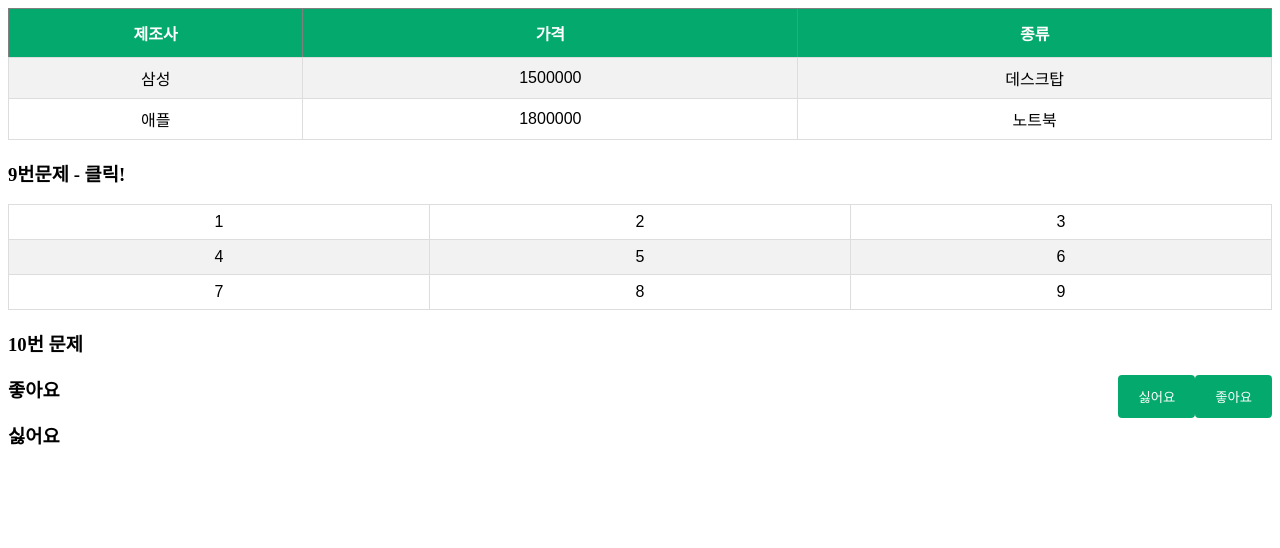
Repository: buildadoor/eclipse
Page: http://localhost/jspexp/z01_homework/a02_221115.jsp
The author's editor kept a copy of each file at every save. The page is drawn from the files as they stood at one save, then again after the next save.
The browser window is 1280 px wide. The pictures show the whole page.
The page is served by Tomcat 9. Other server files are loaded and not shown.

Above is the page before, as saved 2022-11-15 07:33:02.

### jspexp/src/main/webapp/z01_homework/a02_221115.jsp
<%@ page language="java" contentType="text/html; charset=UTF-8"
    pageEncoding="UTF-8"
    import="jspexp.vo.*"
    import="java.util.*"
    import="jspexp.a13_database.*"
    %>
<!DOCTYPE html>
<html>
<head>
<meta charset="UTF-8">
<title>Insert title here</title>
<link href="/a00_com/a01_common.css" rel="stylesheet">
<script type="text/javascript">
/*
 2022-11-14
[1단계:개념] 1. jsp를 이용하여 객체형 배열을 처리할려고 한다. 처리하는 순서를 기술하세요.
- 구조 만들기/ import 처리
- 리스트로 데이터 넣기
- 반복문 처리하기
[1단계:확인] 2. Computer 클래스에 제조사, 가격, 종류 속성을 선언하고, jsp 화면에 테이블로 리스트를 출력하세요.
*/
<%
List<Computer> clist = new ArrayList<Computer>();
clist.add(new Computer("삼성",1500000,"데스크탑"));
clist.add(new Computer("애플",1800000,"노트북"));

	for(int idx=0;idx<clist.size();idx++){
		Computer c = clist.get(idx);
		log(c.getCompany()+":"+c.getPrice()+":"+c.getType());
	}
%>
/*
[1단계:개념] 3. jsp에서 DB처리를 위해 필요한 설정을 기술하세요.

*/
/*

[1단계:확인] 4. dao에 부서정보를 찾아서, jsp로 부서정보를 출력하세요.

*/
/*

[1단계:확인] 5. dao에 회원정보리스트 처리 기능메서드를 추가하고 jsp로 회원정보리스트를 출력하세요.

*/
/*

[1단계:개념] 6. js의 함수의 기본형식을 기술하고 매개변수로 밑면과 높이를 전달하고, 삼각형의 면적으로 리턴값을 alert() 출력되게 처리해보세요.

*/
/*

[1단계:개념] 7. 이벤트와 이벤트핸들러 함수와의 관계를 실제 이벤트 처리 코드를 기준으로 설명하세요.

*/
/*

[1단계:확인] 8. 학생의 이름 정보와 국어,영어,수학점수를 입력 후, 클릭시, 총점과 평균이 출력되게 하세요.

*/
/*

[1단계:확인] 9. 1~9까지 번호가 있는 3X3테이블을 만들고 해당 td를 클릭시 마다, 클릭한 td만 배경색상과 글자 색상이 변경되게 처리하세요.

*/
function callObj(obj){
	obj.align="center";
	obj.style.color="blue";//css속성변경
	obj.style.background="aliceblue";

}
/*

[3단계:확인] 10. 좋아요버튼과 싫어요 버튼 만들고, 좋아요 버튼을 누를 때 마다
                  하단에 ♥가 증가되고, 싫어요 버튼을 누를 때 마다♡ 증가 되게 처리해보세요
*/
function addlike(obj){
	document.querySelector("#likelist").innerText+=obj.innerText+"♥";
}
function addhate(obj){
	document.querySelector("#hatelist").innerText+=obj.innerText+"♡";
}
</script>

</head>
<body>
<table width=300px border>
	<tr><th>제조사</th><th>가격</th><th>종류</th></tr>
	<%for(Computer c:clist){%>
	<tr><td><%=c.getCompany()%></td><td><%=c.getPrice()%></td><td><%=c.getType()%></td></tr>
	<%}%>
</table>
<h3>9번문제 - 클릭!</h3>
<table>
	<tr>
		<td onclick=callObj(this)>1</td><td onclick=callObj(this)>2</td><td onclick=callObj(this)>3</td>
	</tr>
	<tr>
		<td onclick=callObj(this)>4</td><td onclick=callObj(this)>5</td><td onclick=callObj(this)>6</td>
	</tr>
	<tr>
	<td onclick=callObj(this)>7</td><td onclick=callObj(this)>8</td><td onclick=callObj(this)>9</td>
	</tr>
</table>

</body>
<h3>10번 문제</h3>
<input type="button" onclick="addlike(this)" value="좋아요" align:"left">
<input type="button" onclick="addhate(this)" value="싫어요" align:"left">

	<h3 id="likelist">좋아요</h3>
	<h3 id="hatelist">싫어요</h3>

<script type="text/javascript">
/*

*/
</script>
</html>

### jspexp/src/main/java/jspexp/vo/Computer.java
package jspexp.vo;

public class Computer {
	private String company;
	private int price;
	private String type;
	public Computer() {
		super();
		// TODO Auto-generated constructor stub
	}
	public Computer(String company, int price, String type) {
		this.company = company;
		this.price = price;
		this.type = type;
	}
	public String getCompany() {
		return company;
	}
	public void setCompany(String company) {
		this.company = company;
	}
	public int getPrice() {
		return price;
	}
	public void setPrice(int price) {
		this.price = price;
	}
	public String getType() {
		return type;
	}
	public void setType(String type) {
		this.type = type;
	}

}

### jspexp/src/main/webapp/a00_com/a01_common.css
* {
  box-sizing: border-box;
}

input[type=text],input[type=password], select, textarea {
  width: 100%;
  padding: 12px;
  border: 1px solid #ccc;
  border-radius: 4px;
  resize: vertical;
}

label {
  padding: 12px 12px 12px 0;
  display: inline-block;
}

input[type=button], input[type=submit] {
  background-color: #04AA6D;
  color: white;
  padding: 12px 20px;
  border: none;
  border-radius: 4px;
  cursor: pointer;
  float: right;
}

input[type=button]:hover, input[type=submit]:hover {
  background-color: #45a049;
}

.container {
  border-radius: 5px;
  background-color: #f2f2f2;
  padding: 20px;
}

.col-25 {
  float: left;
  width: 25%;
  margin-top: 6px;
}

.col-75 {
  float: left;
  width: 75%;
  margin-top: 6px;
}

/* Clear floats after the columns */
.row:after {
  content: "";
  display: table;
  clear: both;
}

/* Responsive layout - when the screen is less than 600px wide, make the two columns stack on top of each other instead of next to each other */
@media screen and (max-width: 600px) {
  .col-25, .col-75, input[type=submit] {
    width: 100%;
    margin-top: 0;
  }
}
table {
  font-family: Arial, Helvetica, sans-serif;
  border-collapse: collapse;
  width: 100%;
}
table td, #customers th {
  border: 1px solid #ddd;
  padding: 8px;
  text-align:center;
}
table tr:nth-child(even){background-color: #f2f2f2;}
table tr:hover {background-color: #ddd;}
table th {
  padding-top: 12px;
  padding-bottom: 12px;
  background-color: #04AA6D;
  color: white;
}

After the next save:
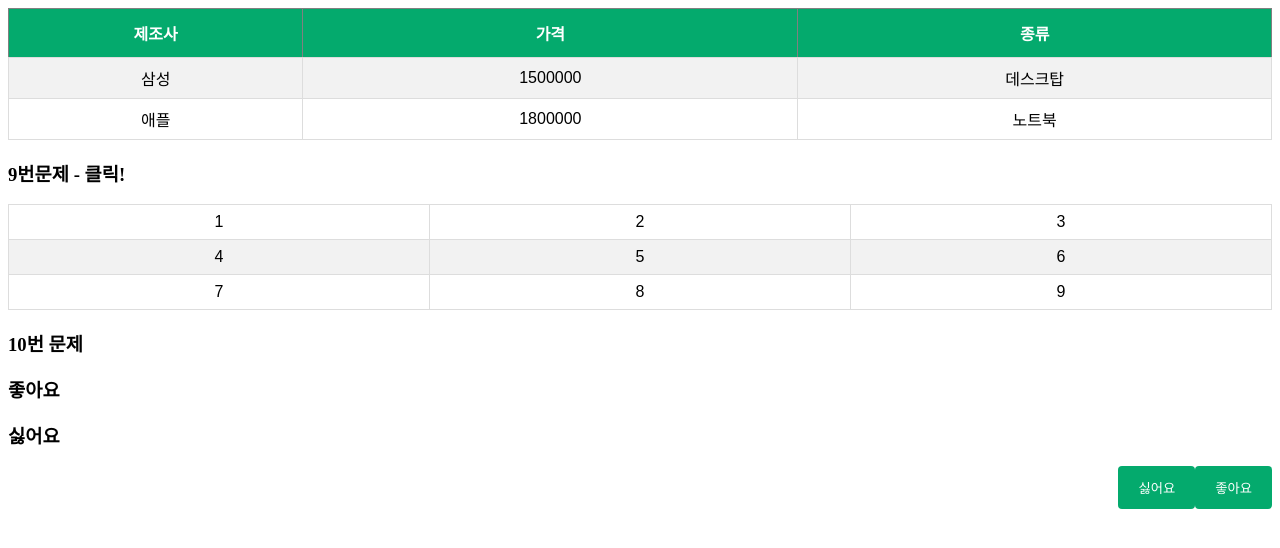
Saved 24 s later.
--- a/jspexp/src/main/webapp/z01_homework/a02_221115.jsp
+++ b/jspexp/src/main/webapp/z01_homework/a02_221115.jsp
@@ -105,11 +105,12 @@ function addhate(obj){
 
 </body>
 <h3>10번 문제</h3>
-<input type="button" onclick="addlike(this)" value="좋아요" align:"left">
-<input type="button" onclick="addhate(this)" value="싫어요" align:"left">
+<h3 id="likelist">좋아요</h3>
+<h3 id="hatelist">싫어요</h3>
 
-	<h3 id="likelist">좋아요</h3>
-	<h3 id="hatelist">싫어요</h3>
+<input type="button" onclick="addlike(this)" value="좋아요">
+<input type="button" onclick="addhate(this)" value="싫어요">
+
 
 <script type="text/javascript">
 /*
